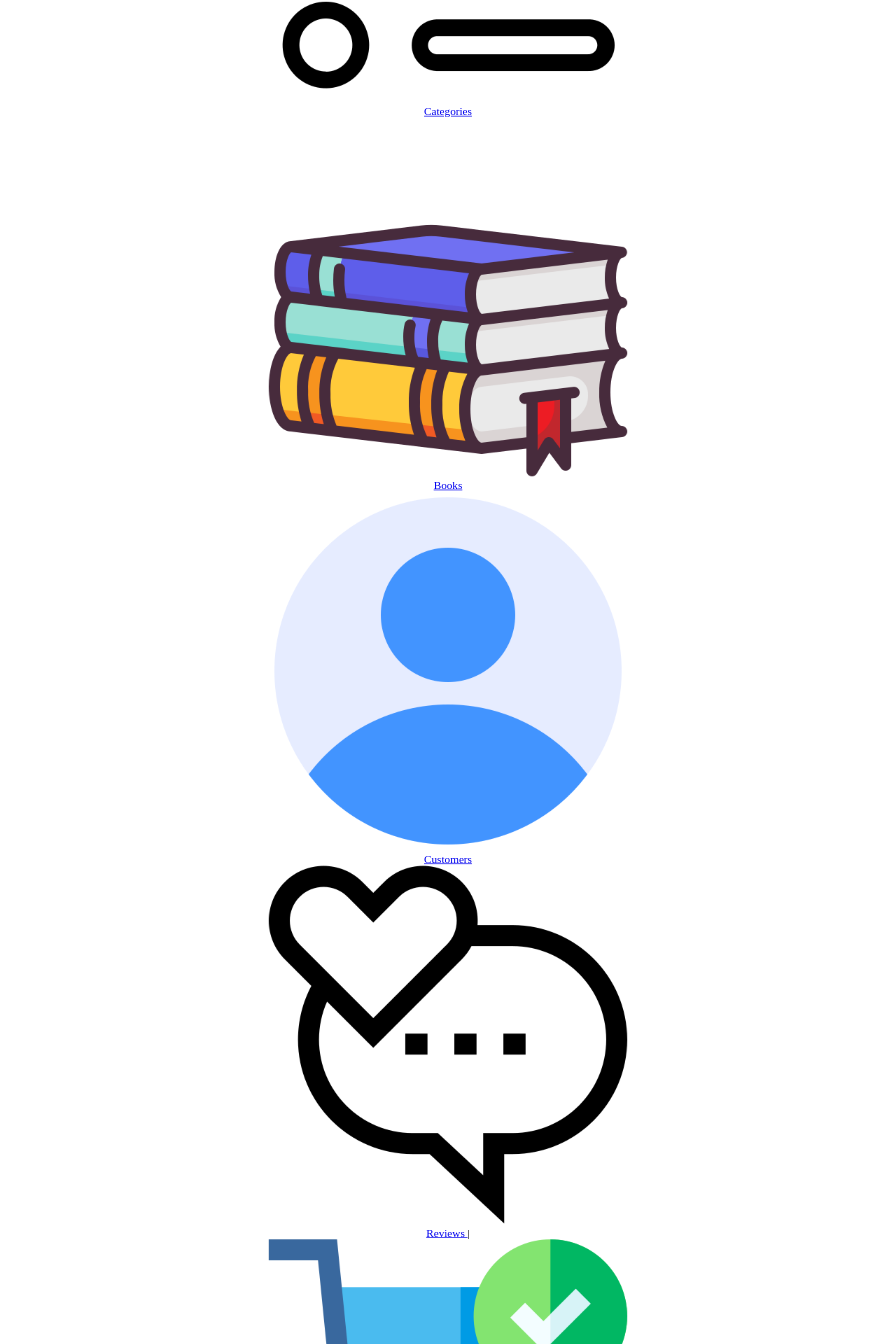
Repository: janvi2502/BookStore
Page: http://localhost/BookStoreWebsite/admin/user_list.jsp
The author's editor kept a copy of each file at every save. The page is drawn from the files as they stood at one save, then again after the next save.
The browser window is 1280 px wide. The pictures show the part of the page from y = 1058 to 2978 px (the page is 3609 px tall), at 70% of full size.
The page is served by Tomcat 10. Nobody is signed in. The application's start-up code is not run.

Above is the page before, as saved 2023-12-28 10:34:34.

After the next save:
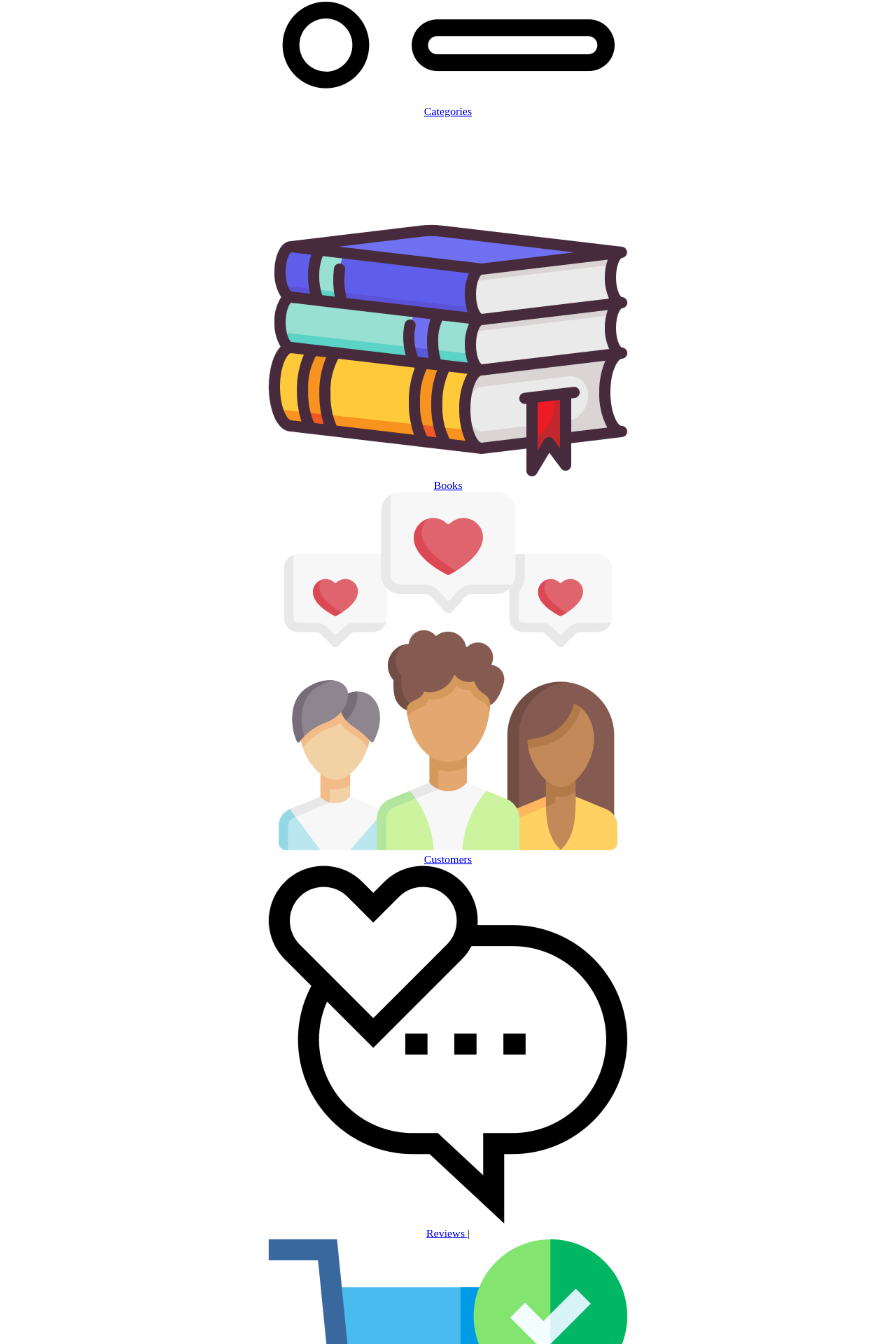
Saved 70 s later.
--- a/BookStoreWebsite/WebContent/admin/header.jsp
+++ b/BookStoreWebsite/WebContent/admin/header.jsp
@@ -24,7 +24,7 @@
 		</div>
 		<div>
 			<a href="customer">
-				<img id = "menu_img" src="../images/user.png" /> <br/> Customers
+				<img id = "menu_img" src="../images/rating.png" /> <br/> Customers
 			</a>
 		</div>
 		<div>
